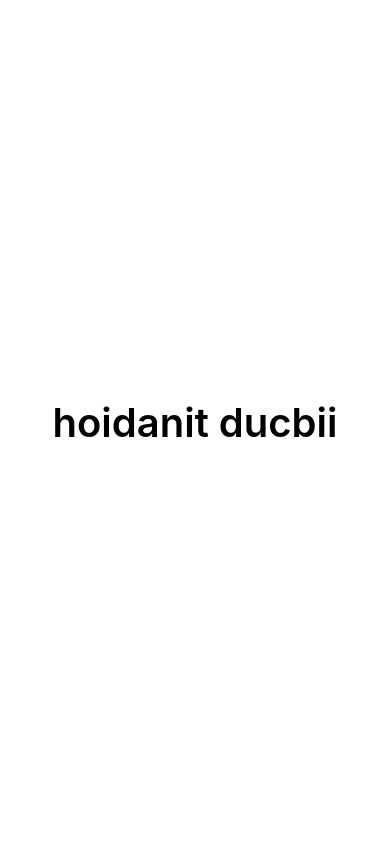
Repository: Ducbii4202/React-Native
Screen: /review-detail
The author's editor kept a copy of each file at every save. The screen is drawn from the files as they stood at one save, then again after the next save.
The app was drawn by React Native's web renderer in a window 390 px wide. The project was rebuilt for these pictures with package versions that can differ from the ones it lists, and the page was loaded fresh each time.

Above is the screen before, as saved 2024-09-14 00:16:53.

### App.tsx

import { useState } from 'react';
import { StyleSheet, Text, View } from 'react-native';

export default function App() {
  const [name, setName] = useState<string>("hoidanit");
  const [test, setTest] = useState({
    name: 'thang',
    age: 23,
  });
  return (
    <View style={styles.container}>
      <Text style={{fontSize:40, fontWeight:"600"}}>
      {name} ducbii
      </Text>
    </View>
  );
}


//css in js
const styles = StyleSheet.create({
  container: {
    flex: 1,
    backgroundColor: '#fff',
    alignItems: 'center',
    justifyContent: 'center',
  },
  hello1: {
    color: "violet",
    borderColor: "pink",
    borderWidth: 1,
    fontSize: 30,
    padding:10,
  },
  header: {
    fontSize: 30,
    fontWeight:"600",
  }
});

After the next save:
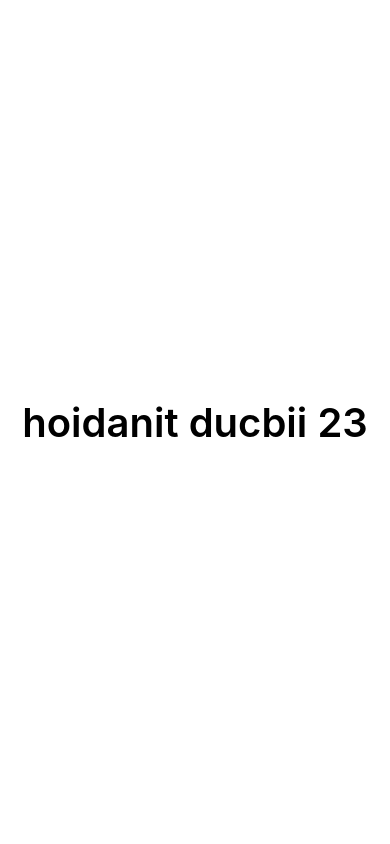
Saved 31 s later.
--- a/App.tsx
+++ b/App.tsx
@@ -11,7 +11,7 @@ export default function App() {
   return (
     <View style={styles.container}>
       <Text style={{fontSize:40, fontWeight:"600"}}>
-      {name} ducbii
+      {name} ducbii {test.age}
       </Text>
     </View>
   );
